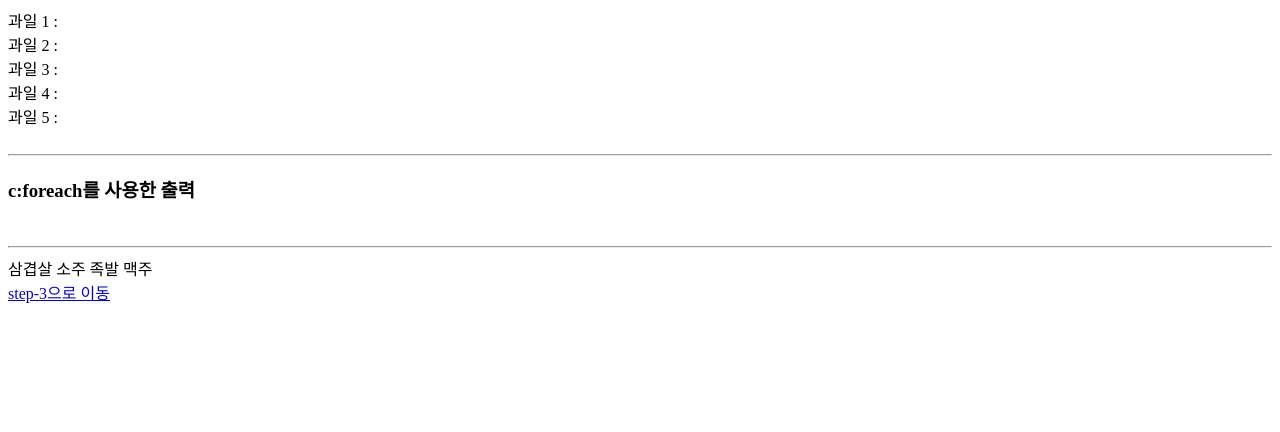
Repository: saeeeem2/2023JSTL
Page: http://localhost/jstl_study/step-4.jsp
An editor plug-in stored every save of this project. The page is shown before and after the next save, followed by the edit.
The browser window is 1280 px wide. The pictures show the whole page.
The page is served by Tomcat 9. Other server files are loaded and not shown.

Above is the page before, as saved 2023-11-23 00:19:00.

### jstl_study/src/main/webapp/step-4.jsp
<%@ page language="java" contentType="text/html; charset=UTF-8"
    pageEncoding="UTF-8"%>
    <%@ taglib uri="http://java.sun.com/jsp/jstl/core" prefix="c"%>
<!DOCTYPE html>
<html>
<head>
<meta charset="UTF-8">
<title>Insert title here</title>
</head>
<body>

과일 1 : ${paramValues.food[0] }<br>
과일 2 : ${paramValues.food[1] }<br>
과일 3 : ${paramValues.food[2] }<br>
과일 4 : ${paramValues.food[3] }<br>
과일 5 : ${paramValues.food[4] }<br>
<br>
<hr>
<h3>c:foreach를 사용한 출력</h3>
<!-- varStatus index(0번지부터 시작), count(1부터 시작) -->
<c:forEach items="${paramValues.food }" var="foods" varStatus="st">

	과일 ${st.index} / ${st.count} : ${foods }<br>

</c:forEach>

<%

	String friends[]={"삼겹살","소주","족발","맥주"};
	//java Controller에서 jsp로 데이터를 보낼 때 사용
	request.setAttribute("f",friends);

%>
<br><hr>
<c:forEach items="${requestScope.f }" var="fname">
	${fname }

</c:forEach>
<br>

<a href="step-3.jsp">step-3으로 이동</a>

</body>
</html>

After the next save:
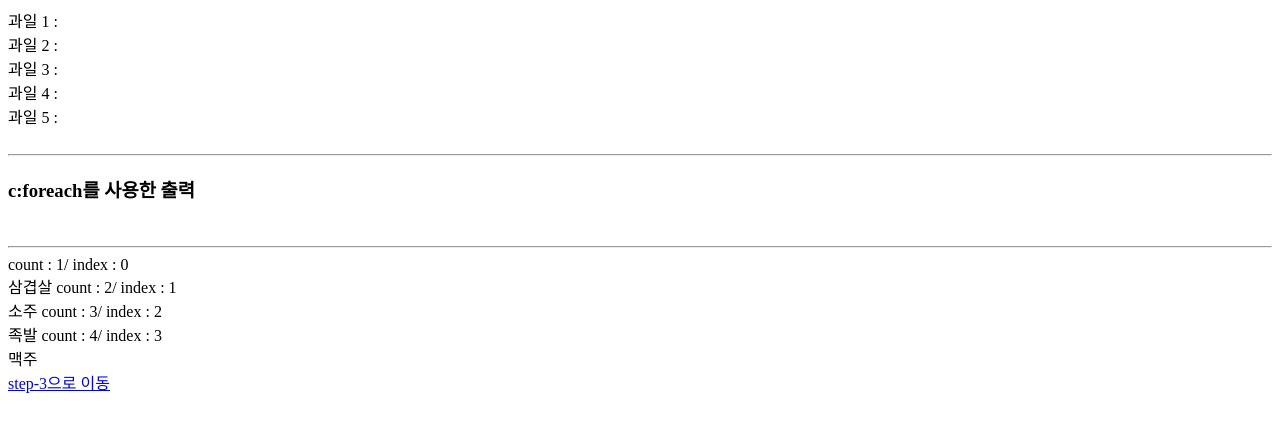
Saved 90 s later.
--- a/jstl_study/src/main/webapp/step-4.jsp
+++ b/jstl_study/src/main/webapp/step-4.jsp
@@ -32,7 +32,10 @@
 
 %>
 <br><hr>
-<c:forEach items="${requestScope.f }" var="fname">
+<c:forEach items="${requestScope.f }" var="fname" varStatus="st"> <!-- requestScope는 생략 가능 -->
+	count : ${st.count }/
+	index : ${st.index }<br>
+
 	${fname }
 
 </c:forEach>
